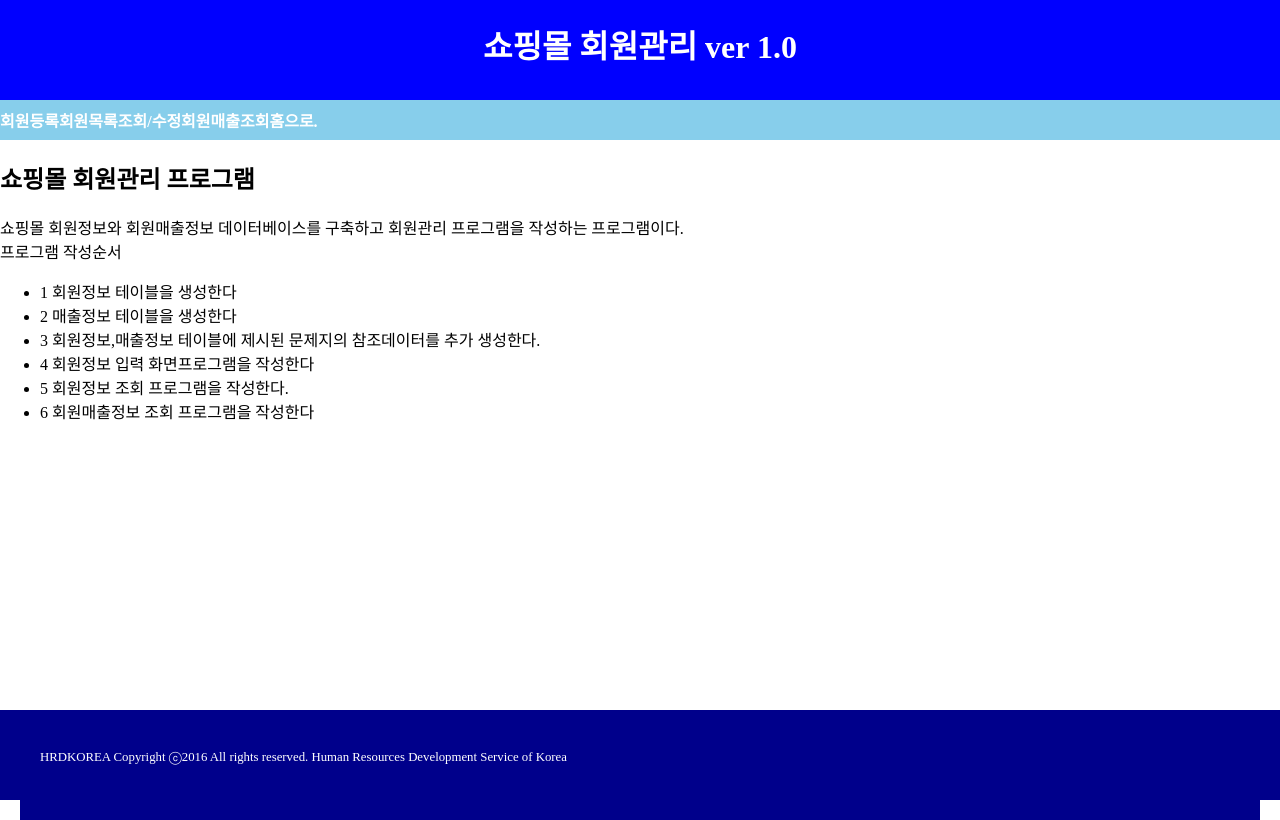
Repository: GotChun/DH_JSP
Page: http://localhost/HRD_1234/memberInfo.jsp
An editor plug-in stored every save of this project. The page is shown before and after the next save, followed by the edit.
The browser window is 1280 px wide. The pictures show the whole page.
The page is served by Tomcat 9. Other server files are loaded and not shown.

Above is the page before, as saved 2024-10-24 08:16:28.

### hrdkorea/HRD_1234/src/main/webapp/memberInfo.jsp
<%@ page language="java" contentType="text/html; charset=UTF-8"
    pageEncoding="UTF-8"%>
<!DOCTYPE html>
<html>
<head>
<meta charset="UTF-8">
<title>Insert title here</title>
<style>
	body{margin:0;padding:0;}

	section{height:calc(100vh - 170px);}
</style>
</head>

<body>

<div class="wrapper">
	<%@ include file="layout/header.jsp" %>
	<section>
		<div>
			<h2>쇼핑몰 회원관리 프로그램</h2>
		</div>
		<div>
			쇼핑몰 회원정보와 회원매출정보 데이터베이스를 구축하고 회원관리 프로그램을 작성하는 프로그램이다.
		</div>
		<div>
			프로그램 작성순서
		</div>
		<div>
			<ul>
			<li>1 회원정보 테이블을 생성한다</li>
			<li>2 매출정보 테이블을 생성한다</li>
			<li>3 회원정보,매출정보 테이블에 제시된 문제지의 참조데이터를 추가 생성한다.</li>
			<li>4 회원정보 입력 화면프로그램을 작성한다</li>
			<li>5 회원정보 조회 프로그램을 작성한다.</li>
			<li>6 회원매출정보 조회 프로그램을 작성한다</li>
			</ul>
		</div>

	</section>

	<footer>
	<%@ include file="layout/footer.jsp" %>

	</footer>
</div>


</body>
</html>

### hrdkorea/HRD_1234/src/main/webapp/layout/header.jsp
<%@ page language="java" contentType="text/html; charset=UTF-8"
	pageEncoding="UTF-8"%>
<style>
header {
	height: 100px;
	background-color: blue;
	color: white;
	display:flex;
	justify-content:center;
	text-align:center;
}
nav{height:40px;
	background-color:skyblue;}
nav>ul{
height:100%;
	list-style:none;margin:0;padding:0;
	display:flex;
	justify-content:left;
	align-items:center;}
nav>ul>li>a{
	display:block;
	text-decoration:none;
	color:white;
	font-weight:600;}

</style>


<header>
	<h1>쇼핑몰 회원관리 ver 1.0</h1>
</header>
<nav>
	<ul>
		<li><a href="">회원등록</a></li>
		<li><a href="">회원목록조회/수정</a></li>
		<li><a href="">회원매출조회</a></li>
		<li><a href="">홈으로.</a></li>
	</ul>
</nav>

### hrdkorea/HRD_1234/src/main/webapp/layout/footer.jsp
<%@ page language="java" contentType="text/html; charset=UTF-8"
    pageEncoding="UTF-8"%>
<style>
	footer{
		height:50px;
		padding:20px;
		background-color:darkblue;
		color:white;
		font-size:.8rem;
		}
</style>

    <footer>
    	HRDKOREA Copyright ⓒ2016 All rights reserved. Human Resources Development Service of Korea
    </footer>

After the next save:
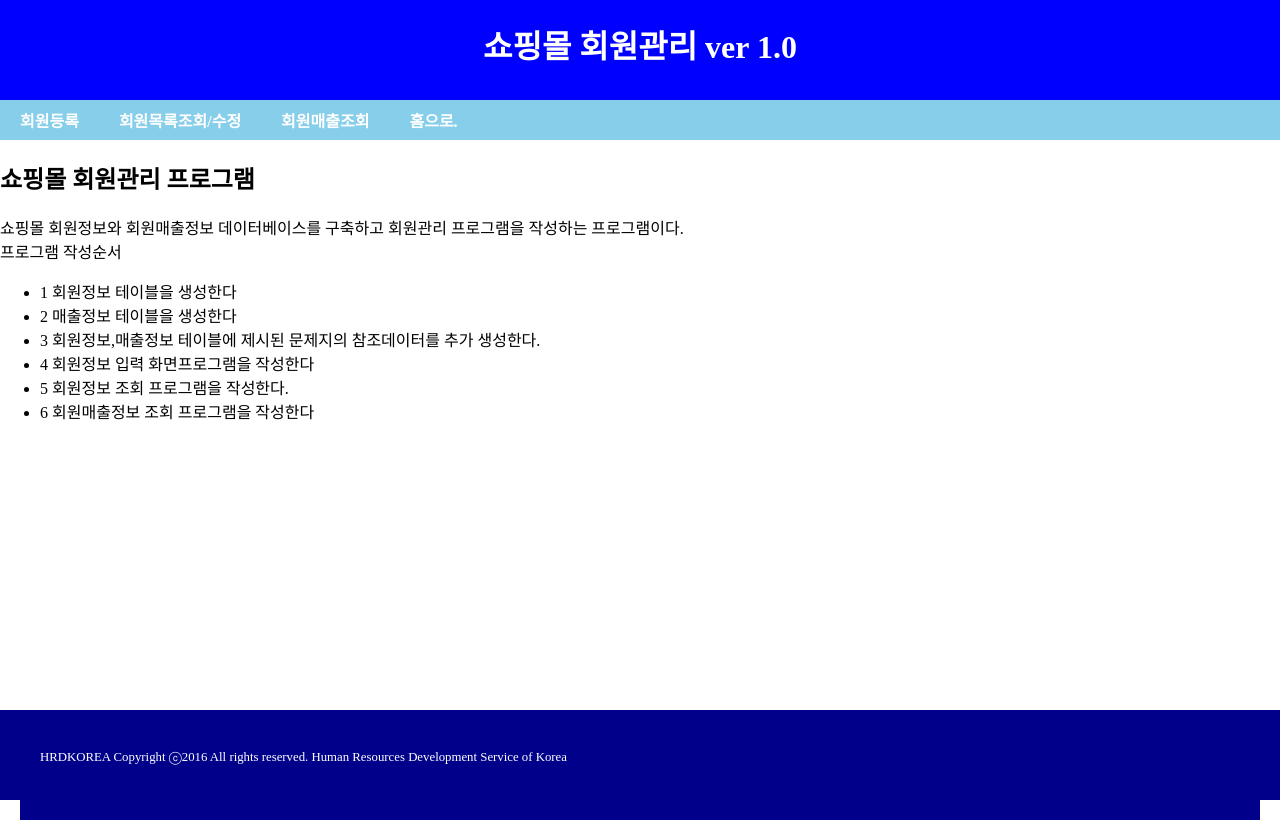
Saved 25 s later.
--- a/hrdkorea/HRD_1234/src/main/webapp/layout/header.jsp
+++ b/hrdkorea/HRD_1234/src/main/webapp/layout/header.jsp
@@ -17,6 +17,7 @@ height:100%;
 	display:flex;
 	justify-content:left;
 	align-items:center;}
+nav>ul>li{padding:0 20px;}
 nav>ul>li>a{
 	display:block;
 	text-decoration:none;
